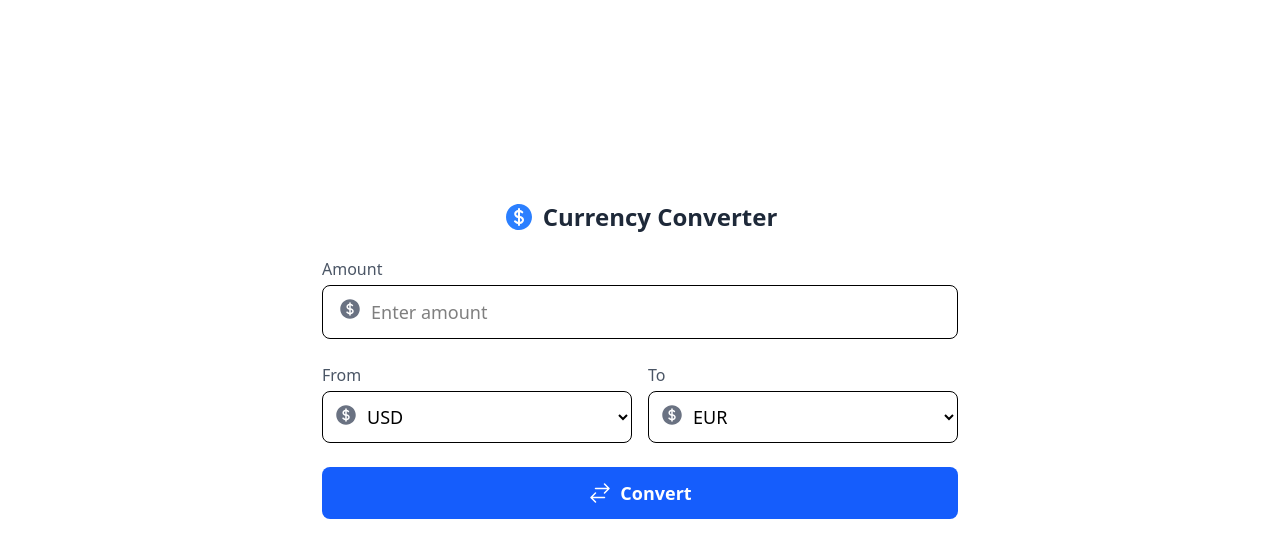
Repository: adrcstro/withcenter_developer_exam
Page: /
An editor plug-in stored every save of this project. The page is shown before and after the next save, followed by the edit.
The browser window is 1280 px wide. The pictures show the whole page.
The project was rebuilt for these pictures with package versions that can differ from the ones it lists, and the page was loaded fresh each time. Also part of the build but not shown: vite.config.ts.

Above is the page before, as saved 2025-03-16 19:36:37.

### index.html
<!doctype html>
<html lang="en">
  <head>
    <meta charset="UTF-8" />
    <link rel="icon" type="image/svg+xml" href="/vite.svg" />
    <meta name="viewport" content="width=device-width, initial-scale=1.0" />
    <title>Vite + React + TS</title>
    <!-- public/index.html -->
  <link href="https://fonts.googleapis.com/css2?family=Montserrat:wght@300;400;500;700&display=swap" rel="stylesheet">


  </head>
  <body>
    <div id="root"></div>
    <script type="module" src="/src/main.tsx"></script>
  </body>
</html>

### src/main.tsx

import { createRoot } from 'react-dom/client'
import './index.css'
import App from './App.tsx'

createRoot(document.getElementById('root')!).render(

    <App />

)

### src/App.tsx
import { useState } from "react";
import { ArrowsRightLeftIcon, CurrencyDollarIcon } from "@heroicons/react/24/solid";


const currencies = ["USD", "EUR", "GBP", "JPY", "INR"];

function App() {
  const [amount, setAmount] = useState("");
  const [fromCurrency, setFromCurrency] = useState("USD");
  const [toCurrency, setToCurrency] = useState("EUR");
  const [convertedAmount, setConvertedAmount] = useState("");

  const handleConvert = () => {
    // Dummy conversion rate for UI demo
    const rate = 1.1;
    setConvertedAmount((parseFloat(amount) * rate).toFixed(2));
  };

  return (
    <div className="flex items-center justify-center min-h-screen bg-white">
      <div className="bg-white rounded-xl p-8 w-[700px]">
        <h2 className="text-2xl font-bold text-gray-800 text-center mb-6 flex items-center justify-center gap-2">
          <CurrencyDollarIcon className="w-8 h-8 text-blue-500" />
          Currency Converter
        </h2>

        {/* Amount Input */}
        <div className="mb-6">
          <label className="block text-gray-600 text-base font-medium">Amount</label>
          <div className="relative">
            <input
              type="number"
              value={amount}
              onChange={(e) => setAmount(e.target.value)}
              className="w-full mt-1 pl-12 pr-4 py-3 border rounded-lg text-lg focus:outline-none focus:ring-2 focus:ring-blue-400"
              placeholder="Enter amount"
            />
            <CurrencyDollarIcon className="w-6 h-6 text-gray-500 absolute left-4 top-4" />
          </div>
        </div>

        {/* Currency Selection */}
        <div className="flex gap-4 mb-6">
          <div className="w-1/2">
            <label className="block text-gray-600 text-base font-medium">From</label>
            <div className="relative">
              <select
                value={fromCurrency}
                onChange={(e) => setFromCurrency(e.target.value)}
                className="w-full mt-1 pl-10 pr-4 py-3 border rounded-lg text-lg focus:outline-none focus:ring-2 focus:ring-blue-400"
              >
                {currencies.map((currency) => (
                  <option key={currency} value={currency}>
                    {currency}
                  </option>
                ))}
              </select>
              <CurrencyDollarIcon className="w-6 h-6 text-gray-500 absolute left-3 top-4" />
            </div>
          </div>

          <div className="w-1/2">
            <label className="block text-gray-600 text-base font-medium">To</label>
            <div className="relative">
              <select
                value={toCurrency}
                onChange={(e) => setToCurrency(e.target.value)}
                className="w-full mt-1 pl-10 pr-4 py-3 border rounded-lg text-lg focus:outline-none focus:ring-2 focus:ring-blue-400"
              >
                {currencies.map((currency) => (
                  <option key={currency} value={currency}>
                    {currency}
                  </option>
                ))}
              </select>
              <CurrencyDollarIcon className="w-6 h-6 text-gray-500 absolute left-3 top-4" />
            </div>
          </div>
        </div>

        {/* Convert Button */}
        <button
          onClick={handleConvert}
          className="w-full bg-blue-600 hover:bg-blue-700 text-white text-lg font-semibold py-3 rounded-lg flex items-center justify-center gap-2 transition duration-300"
        >
          <ArrowsRightLeftIcon className="w-6 h-6" />
          Convert
        </button>

        {/* Converted Amount */}
        {convertedAmount && (
          <div className="mt-6 text-center">
            <p className="text-gray-800 text-xl">
              {amount} {fromCurrency} = <span className="font-bold text-green-600">{convertedAmount} {toCurrency}</span>
            </p>
          </div>
        )}
      </div>
    </div>
  );
}

export default App;

Loaded but not shown: src/index.css (common file)

After the next save:
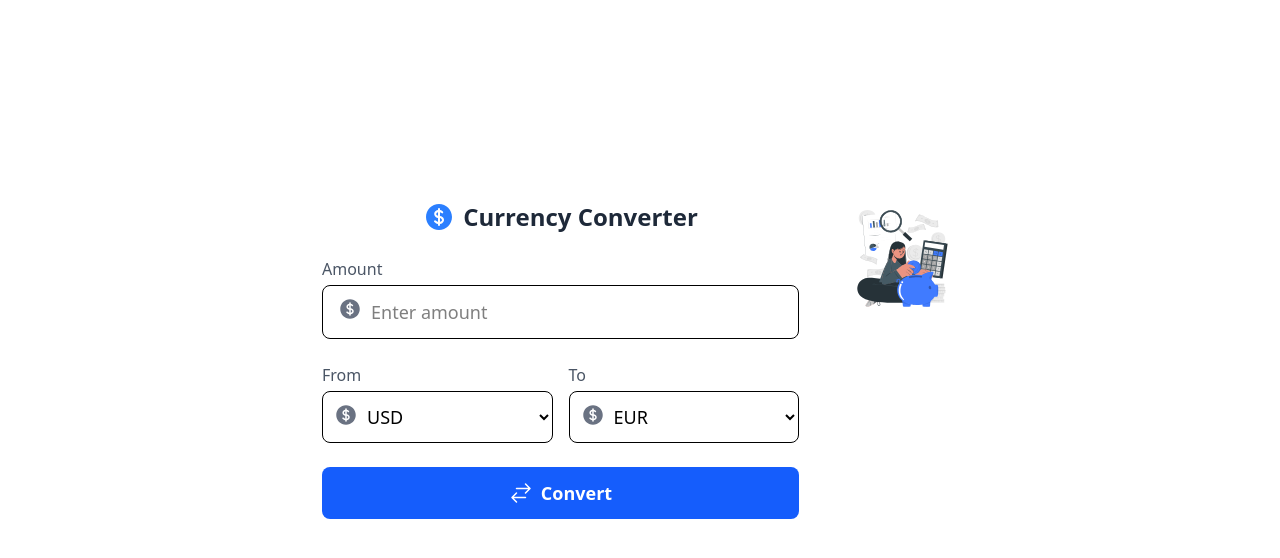
Saved 16 min 46 s later.
--- a/src/App.tsx
+++ b/src/App.tsx
@@ -1,6 +1,6 @@
 import { useState } from "react";
 import { ArrowsRightLeftIcon, CurrencyDollarIcon } from "@heroicons/react/24/solid";
-
+import converterImage from "./assets/Manage money-cuate.svg"
 
 const currencies = ["USD", "EUR", "GBP", "JPY", "INR"];
 
@@ -11,90 +11,96 @@ function App() {
   const [convertedAmount, setConvertedAmount] = useState("");
 
   const handleConvert = () => {
-    // Dummy conversion rate for UI demo
     const rate = 1.1;
     setConvertedAmount((parseFloat(amount) * rate).toFixed(2));
   };
 
   return (
     <div className="flex items-center justify-center min-h-screen bg-white">
-      <div className="bg-white rounded-xl p-8 w-[700px]">
-        <h2 className="text-2xl font-bold text-gray-800 text-center mb-6 flex items-center justify-center gap-2">
-          <CurrencyDollarIcon className="w-8 h-8 text-blue-500" />
-          Currency Converter
-        </h2>
+      <div className="relative bg-white rounded-xl p-8 w-[700px] flex">
+        <div className="w-3/4">
+          <h2 className="text-2xl font-bold text-gray-800 text-center mb-6 flex items-center justify-center gap-2">
+            <CurrencyDollarIcon className="w-8 h-8 text-blue-500" />
+            Currency Converter
+          </h2>
 
-        {/* Amount Input */}
-        <div className="mb-6">
-          <label className="block text-gray-600 text-base font-medium">Amount</label>
-          <div className="relative">
-            <input
-              type="number"
-              value={amount}
-              onChange={(e) => setAmount(e.target.value)}
-              className="w-full mt-1 pl-12 pr-4 py-3 border rounded-lg text-lg focus:outline-none focus:ring-2 focus:ring-blue-400"
-              placeholder="Enter amount"
-            />
-            <CurrencyDollarIcon className="w-6 h-6 text-gray-500 absolute left-4 top-4" />
-          </div>
-        </div>
-
-        {/* Currency Selection */}
-        <div className="flex gap-4 mb-6">
-          <div className="w-1/2">
-            <label className="block text-gray-600 text-base font-medium">From</label>
+          {/* Amount Input */}
+          <div className="mb-6">
+            <label className="block text-gray-600 text-base font-medium">Amount</label>
             <div className="relative">
-              <select
-                value={fromCurrency}
-                onChange={(e) => setFromCurrency(e.target.value)}
-                className="w-full mt-1 pl-10 pr-4 py-3 border rounded-lg text-lg focus:outline-none focus:ring-2 focus:ring-blue-400"
-              >
-                {currencies.map((currency) => (
-                  <option key={currency} value={currency}>
-                    {currency}
-                  </option>
-                ))}
-              </select>
-              <CurrencyDollarIcon className="w-6 h-6 text-gray-500 absolute left-3 top-4" />
+              <input
+                type="number"
+                value={amount}
+                onChange={(e) => setAmount(e.target.value)}
+                className="w-full mt-1 pl-12 pr-4 py-3 border rounded-lg text-lg focus:outline-none focus:ring-2 focus:ring-blue-400"
+                placeholder="Enter amount"
+              />
+              <CurrencyDollarIcon className="w-6 h-6 text-gray-500 absolute left-4 top-4" />
             </div>
           </div>
 
-          <div className="w-1/2">
-            <label className="block text-gray-600 text-base font-medium">To</label>
-            <div className="relative">
-              <select
-                value={toCurrency}
-                onChange={(e) => setToCurrency(e.target.value)}
-                className="w-full mt-1 pl-10 pr-4 py-3 border rounded-lg text-lg focus:outline-none focus:ring-2 focus:ring-blue-400"
-              >
-                {currencies.map((currency) => (
-                  <option key={currency} value={currency}>
-                    {currency}
-                  </option>
-                ))}
-              </select>
-              <CurrencyDollarIcon className="w-6 h-6 text-gray-500 absolute left-3 top-4" />
+          {/* Currency Selection */}
+          <div className="flex gap-4 mb-6">
+            <div className="w-1/2">
+              <label className="block text-gray-600 text-base font-medium">From</label>
+              <div className="relative">
+                <select
+                  value={fromCurrency}
+                  onChange={(e) => setFromCurrency(e.target.value)}
+                  className="w-full mt-1 pl-10 pr-4 py-3 border rounded-lg text-lg focus:outline-none focus:ring-2 focus:ring-blue-400"
+                >
+                  {currencies.map((currency) => (
+                    <option key={currency} value={currency}>
+                      {currency}
+                    </option>
+                  ))}
+                </select>
+                <CurrencyDollarIcon className="w-6 h-6 text-gray-500 absolute left-3 top-4" />
+              </div>
+            </div>
+
+            <div className="w-1/2">
+              <label className="block text-gray-600 text-base font-medium">To</label>
+              <div className="relative">
+                <select
+                  value={toCurrency}
+                  onChange={(e) => setToCurrency(e.target.value)}
+                  className="w-full mt-1 pl-10 pr-4 py-3 border rounded-lg text-lg focus:outline-none focus:ring-2 focus:ring-blue-400"
+                >
+                  {currencies.map((currency) => (
+                    <option key={currency} value={currency}>
+                      {currency}
+                    </option>
+                  ))}
+                </select>
+                <CurrencyDollarIcon className="w-6 h-6 text-gray-500 absolute left-3 top-4" />
+              </div>
             </div>
           </div>
+
+          {/* Convert Button */}
+          <button
+            onClick={handleConvert}
+            className="w-full bg-blue-600 hover:bg-blue-700 text-white text-lg font-semibold py-3 rounded-lg flex items-center justify-center gap-2 transition duration-300"
+          >
+            <ArrowsRightLeftIcon className="w-6 h-6" />
+            Convert
+          </button>
+
+          {/* Converted Amount */}
+          {convertedAmount && (
+            <div className="mt-6 text-center">
+              <p className="text-gray-800 text-xl">
+                {amount} {fromCurrency} = <span className="font-bold text-green-600">{convertedAmount} {toCurrency}</span>
+              </p>
+            </div>
+          )}
         </div>
 
-        {/* Convert Button */}
-        <button
-          onClick={handleConvert}
-          className="w-full bg-blue-600 hover:bg-blue-700 text-white text-lg font-semibold py-3 rounded-lg flex items-center justify-center gap-2 transition duration-300"
-        >
-          <ArrowsRightLeftIcon className="w-6 h-6" />
-          Convert
-        </button>
-
-        {/* Converted Amount */}
-        {convertedAmount && (
-          <div className="mt-6 text-center">
-            <p className="text-gray-800 text-xl">
-              {amount} {fromCurrency} = <span className="font-bold text-green-600">{convertedAmount} {toCurrency}</span>
-            </p>
-          </div>
-        )}
+        {/* Right-side SVG Image */}
+        <div className="w-1/4 flex justify-end">
+          <img src={converterImage} alt="Converter Illustration" className="w-28 h-28" />
+        </div>
       </div>
     </div>
   );
